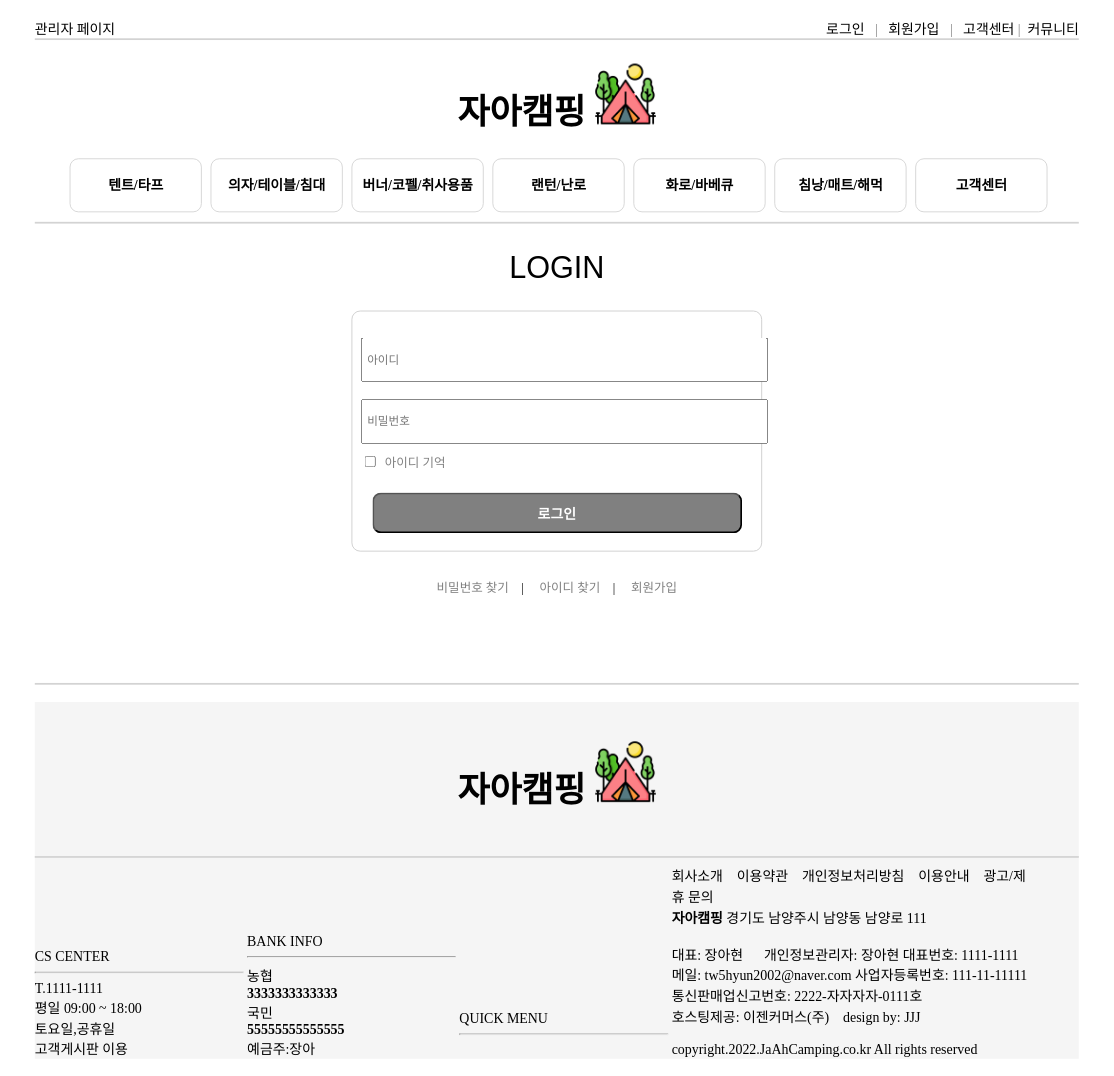
Repository: JJang-Ah/JSP-shoping-mall-project
Page: http://localhost/JaAhCamping/logon/memberLoginForm.jsp
The author's editor kept a copy of each file at every save. The page is drawn from the files as they stood at one save, then again after the next save.
The browser window is 1280 px wide. The pictures show the whole page, at 87% of full size.
Some web fonts or font styles are not loaded; a fallback is used. The page is served by Tomcat 9. Other server files are loaded and not shown.

Above is the page before, as saved 2022-06-12 14:04:51.

### JaAhCamping/WebContent/logon/memberLoginForm.jsp
<%@ page language="java" contentType="text/html; charset=UTF-8"
    pageEncoding="UTF-8"%>
<!DOCTYPE html>
<html>
<head>
<meta charset="UTF-8">
<title>로그인 폼</title>
<style>
@import url('https://fonts.googleapis.com/css2?family=Hammersmith+One&family=Paytone+One&display=swap');
#container { width: 1200px; margin: 0 auto;}
/* 상단 - 메인, 서브 타이틀 */
.t_title { font-family: 'Hammersmith One', sans-serif; font-size: 2.2em; text-align: center; margin: 30px 0;}

/* 중단 - 입력창 */
.f_input { width: 450px; text-align: center; border: 1px solid #ccc; padding: 10px; margin: 30px auto; border-radius: 10px;}
.f_input .c_id, .f_input .c_pwd { height: 45px; margin-top: 20px; padding-left: 5px;}
.f_input .f_chk { text-align: left; margin-top: 10px; font-size: 0.9em; color: gray;}
.f_input #btn_Login { width: 425px; height: 47px; margin-top: 25px; background: gray; color: white;
 font-size: 16px; font-weight: bold; cursor: pointer; margin-top: 25px; margin-bottom: 10px; border-radius: 10px;}

 /* 하단 - 비밀번호 찾기, 아이디 찾기, 회원가입 */
 .f_a { text-align: center; margin-top: 30px; font-size: 0.9em;}
 .f_a a {color: gray;}
 .t_line { border: 1px solid #e9ecef; margin: 20px 0;}


</style>

<script>
	document.addEventListener("DOMContentLoaded", function() {
		let form = document.loginForm;
		// 로그인 버튼을 클릭했을 때 유효성 검사 (공백 유무)
		let btn_Login = document.getElementById("btn_Login");
		btn_Login.addEventListener("click", function() {
			if(!form.id.value) {
				alert('아이디를 입력하시오.!');
				form.id.focus();
				return;
			}

			if(!form.pwd.value) {
				alert('비밀번호를 입력하시오.!');
				form.pwd.focus();
				return;
			}

			// 아이디 기억하기
			let now = new Date(); // 오늘 날짜
			let name = "cookieId"; // 쿠키 이름
			let value = form.id.value; // 쿠키 값

			if(form.chk.checked == true) { // 체크박스를 체크했을 때 -> 쿠키 생성
				// 만료시간: 지금으로부터 7일 후로 설정, 만료시간으로 사용
				now.setDate(now.getDate() + 7);
			} else { // 체크박스를 해제했을 때 -> 쿠키 삭제
				// 만료시간: 지금 시간으로 설정
				now.setDate(now.getDate() + 0);
			}

			// 쿠키 생성시에 필요한 정보 - 쿠키의 이름과 값, 위치, 만료시간
			// ;path=/;expires= : 현재 페이지의 위치
			document.cookie = name + "=" + escape(value) + ";path=/;expires=" +now.toGMTString() + ";";

			form.submit();
		})


		// 쿠키가 생성되어 있을 때 쿠키에 저장된 값인 아이디를 아이디 입력상자에 놓도록 하는 작업
		// 쿠키 확인 - 쿠키가 존재한다면
		if(document.cookie.length > 0) {
			var search = "cookieId=";
			var idx = document.cookie.indexOf(search); // 쿠키 중에서 cookieId=이 나오는 위치
			if(idx != -1) { // cookieId값이 존재한다면
				idx += search.length;
				var end = document.cookie.indexOf(';', idx);

				if(end == -1) {
					end = document.cookie.length;
				}

				form.id.value = document.cookie.substring(idx, end);
				form.chk.checked = true;
			}
		}
	})
</script>
</head>
<body>

<div id="container">
	<jsp:include page="../mall/shopTop.jsp"></jsp:include>
	<div class="t_title">LOGIN</div>

	<form action="memberLoginPro.jsp" method="post" name="loginForm">
		<div class="f_input">
			<div class="f_id"><input type="text" id="id" name="id" class="c_id" placeholder="아이디" size="55"></div>
			<div class="f_pwd"><input type="password" id="pwd" name="pwd" class="c_pwd" placeholder="비밀번호" size="55"></div>
			<div class="f_chk">
				<input type="checkbox" id="chk" class="c_chk" size="55" name="chk">&nbsp;
				<label for="chk">아이디 기억</label>
			</div>
			<div class="f_submit"><input type="button" value="로그인" id="btn_Login"></div>
		</div>
		<div class="f_a">
			<a href="#">비밀번호 찾기</a>&emsp;|&emsp;
			<a href="#">아이디 찾기</a>&emsp;|&emsp;
			<a href="../member/memberJoinForm.jsp">회원가입</a>
		</div>
	</form>
	<hr class="t_line">
	<jsp:include page="../mall/shopBottom.jsp"></jsp:include>
</div>

</body>
</html>

### JaAhCamping/WebContent/mall/shopTop.jsp
<%@ page language="java" contentType="text/html; charset=UTF-8"
    pageEncoding="UTF-8"%>
<!DOCTYPE html>
<html>
<head>
<meta charset="UTF-8">
<title>Insert title here</title>
<link href="https://fonts.googleapis.com/css2?family=Do+Hyeon&display=swap" rel="stylesheet">

<style>
#container { width: 1200px; margin: 20px auto;}
/* 상단 */
a { text-decoration: none; color: black;}
.t_box1 { text-align: right;}
.t_box1 #admin_page { display: inline-block; float: left;}
.t_box1 .user_menu { display: inline-block; float: right; color: gray;}
.h_line { clear: both; border: 1px solid lightgray; margin-top: 20px;}
.title { text-align: center; font-family: 'Do Hyeon', sans-serif; font-size: 40px;}
#camping { width: 70px; height: 70px;}
#title_sub_go { font-size: 0.8em;}

/* 메뉴 */
.m_menu { list-style: none; font-weight: bold;}
.m_menu .m_m_list { display: inline-block; float: left; width: 150px; height: 60px;
margin-right: 10px; border: 1px solid lightgray; text-align: center; line-height: 60px; border-radius: 10px;}
.m_menu > .m_m_list { position: relative;}
.m_menu { color: black;}
.m_menu > .m_m_list:hover >.s_menu { display: block;}
.m_m_list > .s_menu { display: none; position: absolute; top: 61px; border: 1px solid lightgray; background: white; border-radius: 10px;}
.s_menu .s_m_list { text-align: left; width: 200px;}

.t_line { clear: both; border: 1px solid lightgray; margin-top: 100px;}
</style>
</head>
<body>
<%
request.setCharacterEncoding("utf-8");

String memberId = (String)session.getAttribute("memberId");

if(memberId == null) {

}

%>
<div id="container">

	<div class="t_box1"> <%--  --%>
		<div id="admin_page"><a href="http://localhost:8088/JaAhCamping/manager/managerMain.jsp">관리자 페이지</a></div>
		<div class="user_menu">
		<%if(memberId == null) {  %>
			<a href="http://localhost:8088/JaAhCamping/logon/memberLoginForm.jsp"><span>로그인</span></a>&ensp; |&ensp;
			<a href="http://localhost:8088/JaAhCamping/member/memberJoinForm.jsp"><span>회원가입</span></a>&ensp; |&ensp;
		<%} else { %>
			<a href="../member/memberInfoForm.jsp"><span><%=memberId %>님</span></a>&ensp; |&ensp;
			<a href="../logon/memberLogout.jsp"><span>로그아웃</span></a>&ensp; |&ensp;
			<a href="#"><span>장바구니</span></a>&ensp; |&ensp;
		<%} %>
		<a href="#">고객센터</a>&nbsp;|&nbsp;
		<a href="#">커뮤니티</a>
		</div>
	</div>
	<hr class="h_line">

	<%-- 상단 제목 --%>
	<h1 class="title"><a href="http://localhost:8088/JaAhCamping/mall/shopAll.jsp">자아캠핑&nbsp;<img alt="camping" src="/JaAhCamping/icons/camping.png" id="camping"></a></h1>



	<nav class="menu">
		<ul class="m_menu">
			<li class="m_m_list"><a href="#">텐트/타프</a>
				<div class="s_menu">
					<ul>
						<li class="s_m_list"><a href="#">텐트</a></li>
						<li class="s_m_list"><a href="#">텐트관련품</a></li>
						<li class="s_m_list"><a href="#">타프</a></li>
						<li class="s_m_list"><a href="#">폴대/펙/스트링/스토퍼</a></li>
						<li class="s_m_list"><a href="#">공구</a></li>
						<li class="s_m_list"><a href="#">기타(텐트/타프)</a></li>
					</ul>
				</div>
			</li>
			<li class="m_m_list"><a href="#">의자/테이블/침대</a>
				<div class="s_menu">
					<ul>
						<li class="s_m_list"><a href="#">의자</a></li>
						<li class="s_m_list"><a href="#">테이블</a></li>
						<li class="s_m_list"><a href="#">선반/수납가구</a></li>
						<li class="s_m_list"><a href="#">야전침대</a></li>
						<li class="s_m_list"><a href="#">퍼니쳐</a></li>
						<li class="s_m_list"><a href="#">기타(의자/테이블/침대)</a></li>
					</ul>
				</div>
			</li>
			<li class="m_m_list"><a href="#">버너/코펠/취사용품</a>
				<div class="s_menu">
					<ul>
						<li class="s_m_list"><a href="#">버너</a></li>
						<li class="s_m_list"><a href="#">코펠</a></li>
						<li class="s_m_list"><a href="#">취사용품</a></li>
						<li class="s_m_list"><a href="#">식기류</a></li>
						<li class="s_m_list"><a href="#">기타(버터/코펠/취사용품)</a></li>
					</ul>
				</div>
			</li>
			<li class="m_m_list"><a href="#">랜턴/난로</a>
				<div class="s_menu">
					<ul>
						<li class="s_m_list"><a href="#">랜턴</a></li>
						<li class="s_m_list"><a href="#">후레쉬</a></li>
						<li class="s_m_list"><a href="#">난로</a></li>
						<li class="s_m_list"><a href="#">액세서리</a></li>
						<li class="s_m_list"><a href="#">기타(랜턴/난로)</a></li>
					</ul>
				</div>
			</li>
			<li class="m_m_list"><a href="#">화로/바베큐</a>
				<div class="s_menu">
					<ul>
						<li class="s_m_list"><a href="#">화로대</a></li>
						<li class="s_m_list"><a href="#">바베큐 그릴</a></li>
						<li class="s_m_list"><a href="#">토치</a></li>
						<li class="s_m_list"><a href="#">바베큐 소품</a></li>
						<li class="s_m_list"><a href="#">기타(화로/바베큐)</a></li>
					</ul>
				</div>
			</li>
			<li class="m_m_list"><a href="#">침낭/매트/해먹</a>
				<div class="s_menu">
					<ul>
						<li class="s_m_list"><a href="#">침낭</a></li>
						<li class="s_m_list"><a href="#">베개/쿠션/방석</a></li>
						<li class="s_m_list"><a href="#">매트</a></li>
						<li class="s_m_list"><a href="#">해먹</a></li>
						<li class="s_m_list"><a href="#">기타(침낭/매트/해먹)</a></li>
					</ul>
				</div>
			</li>
			<li class="m_m_list"><a href="#">고객센터</a>
			</li>
		</ul>
	</nav>
	<hr class="t_line">
</div>

</body>
</html>

### JaAhCamping/WebContent/mall/shopBottom.jsp
<%@ page language="java" contentType="text/html; charset=UTF-8"
    pageEncoding="UTF-8"%>
<!DOCTYPE html>
<html>
<head>
<meta charset="UTF-8">
<title>Insert title here</title>
<style>
#container_bottom {  width: 100%; background: #f5f5f5;}

.b_line { border: 1px solid lightgray; margin-top: 50px;}

.b_boxes div { display: inline-block;}
.b_box1 { width: 20%;}
.b_box2 { width: 20%;}
.b_box3 { width: 20%;}
.b_box4 { width: 35%;}


</style>
</head>
<body>
<div id="container_bottom">
	<br>
	<h1 class="title"><a href="http://localhost:8088/JaAhCamping/mall/shopAll.jsp">자아캠핑&nbsp;<img alt="camping" src="/JaAhCamping/icons/camping.png" id="camping"></a></h1>
	<hr class="b_line">
	<div class="b_boxes">
		<div class="b_box1">
			<span>CS CENTER</span>
			<hr>
			<span>T.1111-1111</span><br>
			<span>평일 09:00 ~ 18:00<br>
			토요일,공휴일<br>
			고객게시판 이용</span>
		</div>
		<div class="b_box2">
			<span>BANK INFO</span>
			<hr>
			<span>
			농협 <br>
			<b>3333333333333</b><br>
			국민<br>
			<b>55555555555555</b><br>
			예금주:장아
			</span>
		</div>
		<div class="b_box3">
			<span>QUICK MENU</span>
			<hr>
			<div>

			</div>
		</div>
		<div class="b_box4">
		회사소개 &ensp; 이용약관 &ensp; 개인정보처리방침 &ensp; 이용안내 &ensp; 광고/제휴 문의<br>
		<b>자아캠핑</b>
		<span>
		경기도 남양주시 남양동 남양로 111 <br><br>
		대표: 장아현 &ensp;&ensp; 개인정보관리자: 장아현
		대표번호: 1111-1111&ensp;&ensp; 메일: tw5hyun2002@naver.com
		사업자등록번호: 111-11-11111<br>
		통신판매업신고번호: 2222-자자자자-0111호<br>
		호스팅제공: 이젠커머스(주)&ensp;&ensp;design by: JJJ<br><br>
		copyright.2022.JaAhCamping.co.kr All rights reserved
		</span>

		</div>
	</div>

</div>
</body>
</html>

After the next save:
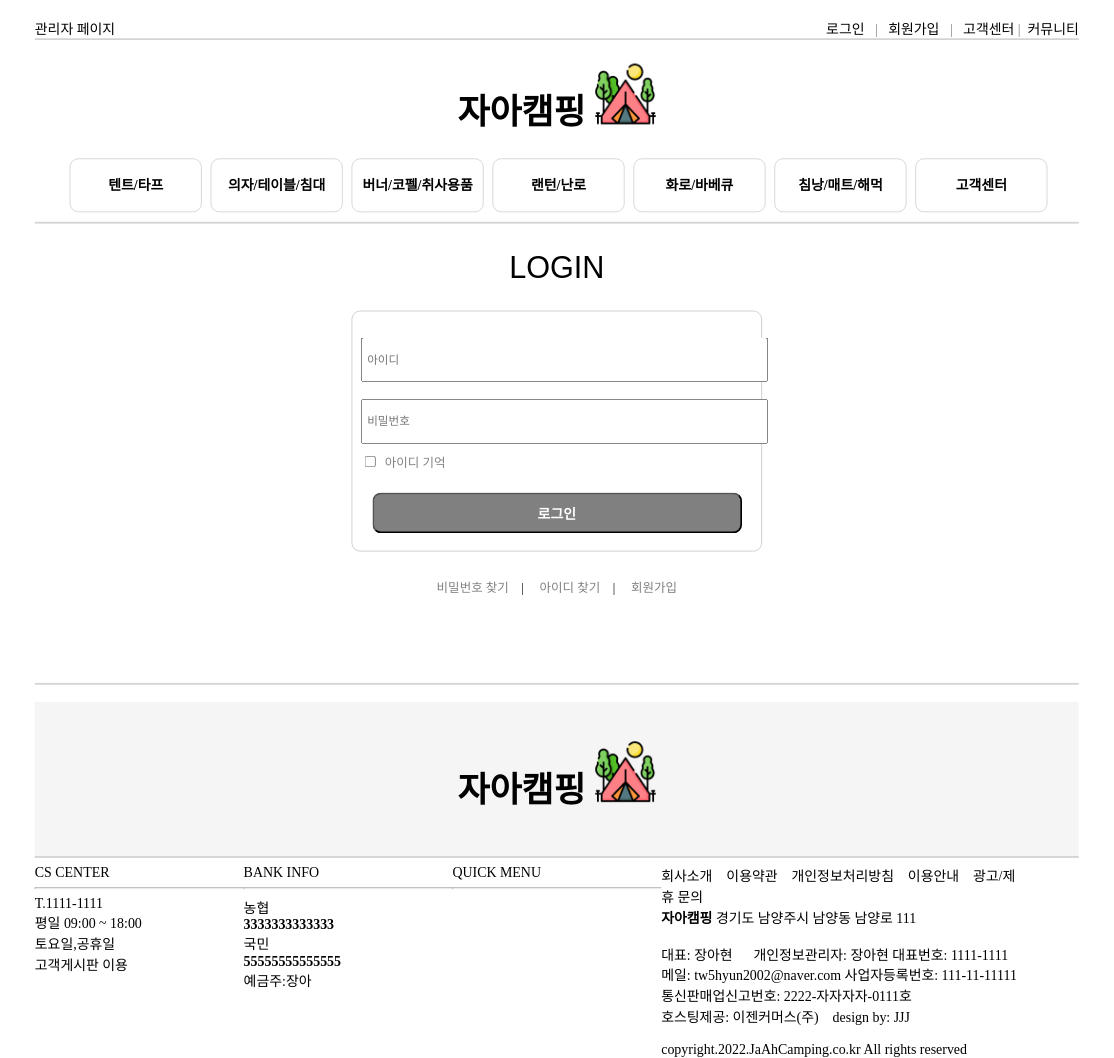
Saved 10 s later.
--- a/JaAhCamping/WebContent/mall/shopBottom.jsp
+++ b/JaAhCamping/WebContent/mall/shopBottom.jsp
@@ -10,7 +10,7 @@
 
 .b_line { border: 1px solid lightgray; margin-top: 50px;}
 
-.b_boxes div { display: inline-block;}
+.b_boxes div { display: inline-block; float: left;}
 .b_box1 { width: 20%;}
 .b_box2 { width: 20%;}
 .b_box3 { width: 20%;}
